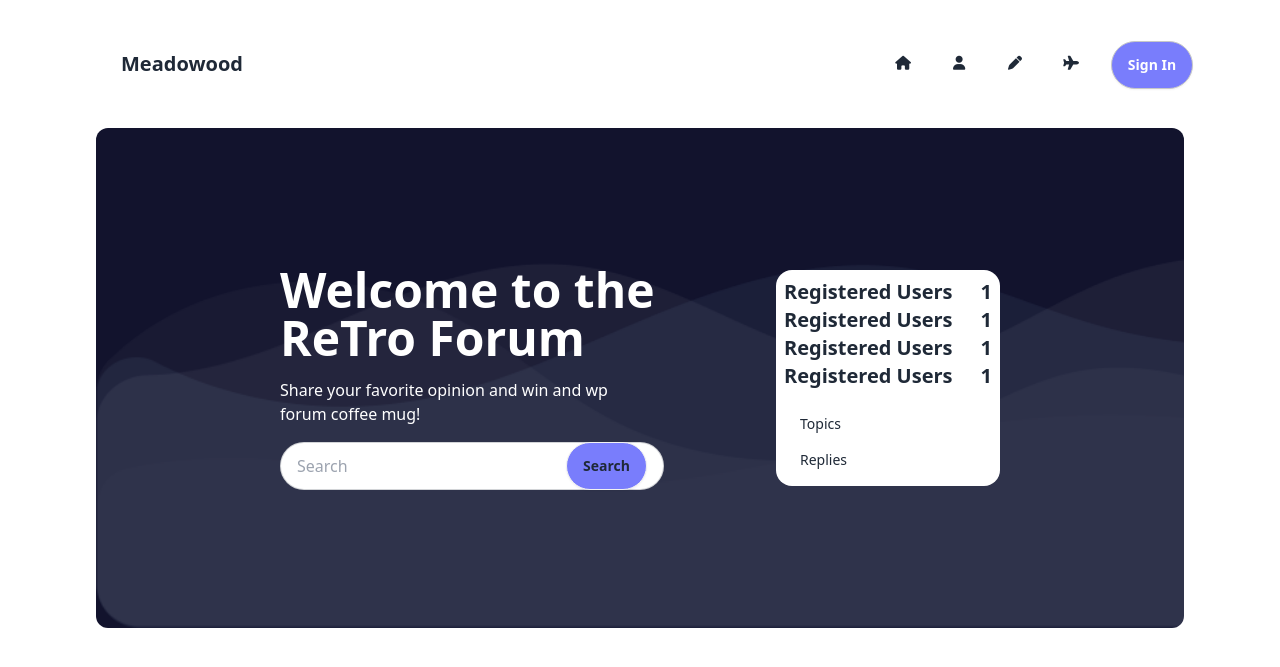
Repository: RudrasahaDibos/Meadowood-Forum
Page: index.html
The author's editor kept a copy of each file at every save. The page is drawn from the files as they stood at one save, then again after a run of saves.
The browser window is 1280 px wide. The pictures show the whole page.
Some web libraries are served in a nearby version.

Above is the page before, as saved 2024-11-24 12:54:41.

### index.html
<!DOCTYPE html>
<html lang="en">
    <head>
        <meta charset="UTF-8">
        <meta name="viewport" content="width=device-width, initial-scale=1.0">
        <title>Meadowood Forum</title>

        <!-- tailwind  -->
        <link
            href="https://cdn.jsdelivr.net/npm/daisyui@4.12.14/dist/full.min.css"
            rel="stylesheet" type="text/css" />
        <script src="https://cdn.tailwindcss.com"></script>

        <!-- font awesome  -->
        <link rel="stylesheet"
            href="https://cdnjs.cloudflare.com/ajax/libs/font-awesome/6.7.1/css/all.min.css"
            integrity="sha512-5Hs3dF2AEPkpNAR7UiOHba+lRSJNeM2ECkwxUIxC1Q/FLycGTbNapWXB4tP889k5T5Ju8fs4b1P5z/iB4nMfSQ=="
            crossorigin="anonymous" referrerpolicy="no-referrer" />

    </head>
    <body class="container mx-auto lg:px-24 px-8">
        <!-- header is start here  -->
        <header class="mt-8">
            <!-- navbar is start here  -->
            <div class="navbar bg-base-100">
                <div class="flex-1">
                    <a class="btn btn-ghost text-xl">Meadowood</a>
                </div>
                <div class="flex-none">
                    <div class="dropdown dropdown-end mr-6">
                        <div  role="button"
                            class="btn btn-ghost btn-circle flex w-full  ">
                            <div class="indicator rounded-full border-1 h-8 w-8 mr-4 tooltip" data-tip="home">
                                <i class="fa-solid fa-house h-5 w-5 mx-auto mt-2"></i>
                            </div>
                            <div class="indicator rounded-full border-1 h-8 w-8 mr-4 tooltip" data-tip="User">
                                <i class="fa-solid fa-user h-5 w-5 mx-auto mt-2"></i>
                            </div>
                            <div class="indicator rounded-full border-1 h-8 w-8 mr-4 tooltip" data-tip="pen">
                                <i class="fa-solid fa-pen h-5 w-5 mx-auto mt-2"></i>
                            </div>
                            <div class="indicator rounded-full border-1 h-8 w-8 mr-4 tooltip" data-tip="flight">
                                <i class="fa-solid fa-plane h-5 w-5 mx-auto mt-2"></i>
                            </div>
                        </div>

                    </div>
                    <div class="dropdown dropdown-end">
                        <div tabindex="0" role="button"
                            class="btn btn-ghost btn-circle avatar">

                                <button class="btn btn-active bg-[#797DFC] text-white rounded-full ">Sign In</button>

                        </div>
                        <ul
                            tabindex="0"
                            class="menu menu-sm dropdown-content bg-base-100 rounded-box z-[1] mt-3 w-52 p-2 shadow">
                            <li>
                                <a class="justify-between">
                                    Profile
                                    <span class="badge">New</span>
                                </a>
                            </li>
                            <li><a>Settings</a></li>
                            <li><a>Logout</a></li>
                        </ul>
                    </div>
                </div>
            </div>
            <!-- navbar is  end here  -->

             <!-- bannner start here  -->
             <div class="lg:w-full w-[450px] relative bg-no-repeat bg-cover h-[500px] z-0 rounded-xl overflow-hidden mt-8 bg-[#12132D]" style="background-image: url('/images/bgbanner.png');">
                <div class="relative top-0 left-0 w-full h-full z-10  flex  justify-center items-center gap-28 ">

                  <div class="space-y-4">
                    <h2 class="text-5xl font-extrabold font-manrope text-white">Welcome to the <br> ReTro Forum</h2>
                    <p class="text-white">Share your favorite opinion and win and wp <br> forum coffee mug!</p>
                    <label class="input input-bordered flex items-center gap-2 w-96 rounded-full">
                        <input type="text" class="grow" placeholder="Search" />
                         <button class="btn bg-[#797DFC] rounded-full">Search</button>
                      </label>
                  </div>

                   <div>
                    <ul class="menu bg-[#FFFFFF] rounded-box w-56">

                        <div class="flex justify-between"><a class="text-xl font-bold">Registered Users</a><a class="text-xl font-bold">1</a></div>
                        <div class="flex justify-between"><a class="text-xl font-bold">Registered Users</a><a class="text-xl font-bold">1</a></div>
                        <div class="flex justify-between"><a class="text-xl font-bold">Registered Users</a><a class="text-xl font-bold">1</a></div>
                        <div class="flex justify-between"><a class="text-xl font-bold">Registered Users</a><a class="text-xl font-bold">1</a></div>
                        <li><a></a></li>
                        <li><a>Topics</a></li>
                        <li><a>Replies</a></li>
                      </ul>
                   </div>

                </div>
                </div>
             <!-- bannner end here  -->




        </header>
        <!-- header is end here  -->

        <!-- main is start here  -->
        <main>

        </main>
        <!-- main is end here  -->

        <!-- footer is start here  -->

        <!-- footer is end here  -->
    </body>
</html>

After the next 3 saves:
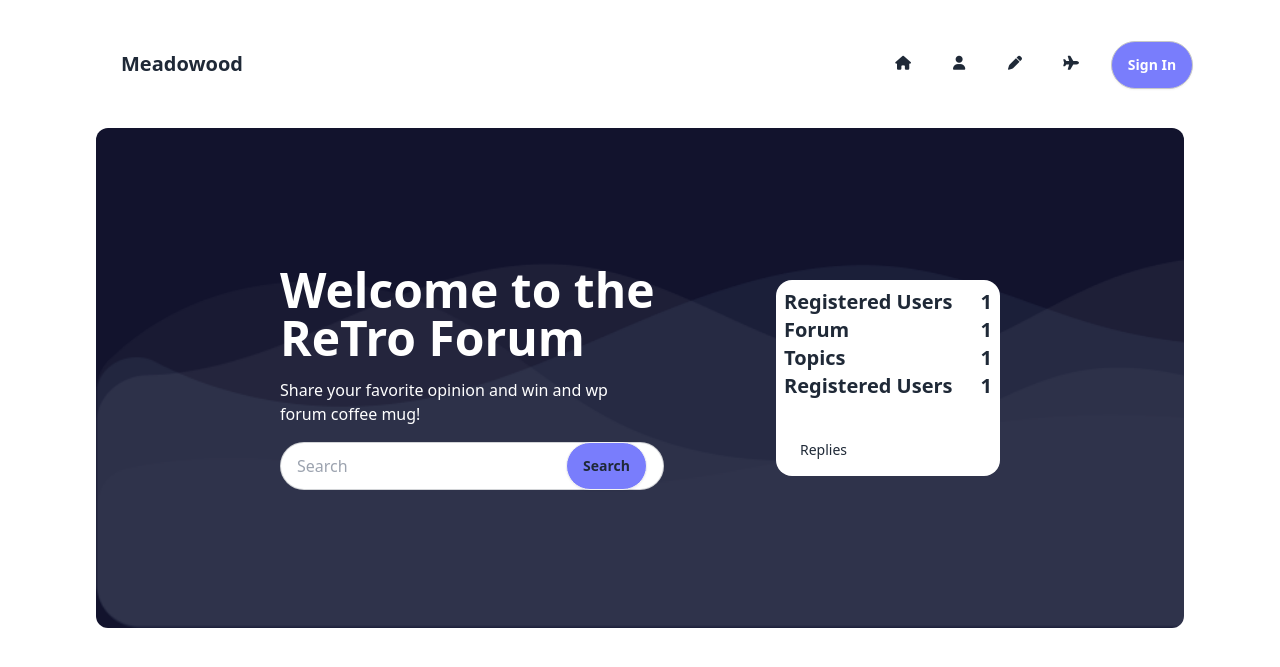
The 3 saves are shown as one change because they came seconds apart.
The last was saved 10 s later.
--- a/index.html
+++ b/index.html
@@ -86,11 +86,11 @@
                     <ul class="menu bg-[#FFFFFF] rounded-box w-56">
 
                         <div class="flex justify-between"><a class="text-xl font-bold">Registered Users</a><a class="text-xl font-bold">1</a></div>
-                        <div class="flex justify-between"><a class="text-xl font-bold">Registered Users</a><a class="text-xl font-bold">1</a></div>
-                        <div class="flex justify-between"><a class="text-xl font-bold">Registered Users</a><a class="text-xl font-bold">1</a></div>
+                        <div class="flex justify-between"><a class="text-xl font-bold">Forum</a><a class="text-xl font-bold">1</a></div>
+                        <div class="flex justify-between"><a class="text-xl font-bold">Topics</a><a class="text-xl font-bold">1</a></div>
                         <div class="flex justify-between"><a class="text-xl font-bold">Registered Users</a><a class="text-xl font-bold">1</a></div>
                         <li><a></a></li>
-                        <li><a>Topics</a></li>
+                        <li><a></a></li>
                         <li><a>Replies</a></li>
                       </ul>
                    </div>
